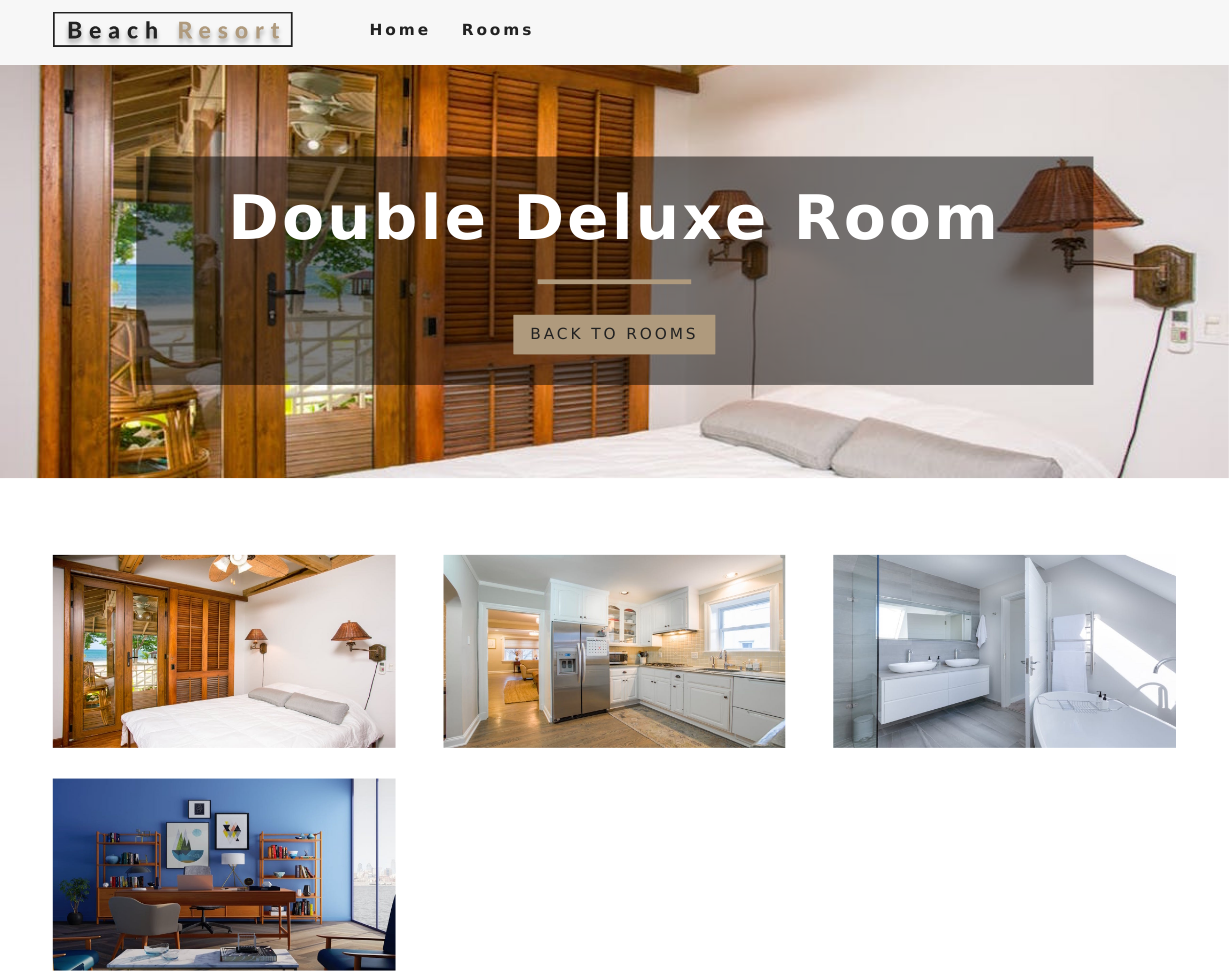
Repository: sanchit01garg/react-beachResort
Page: /rooms/double-deluxe
An editor plug-in stored every save of this project. The page is shown before and after the next save, followed by the edit.
The browser window is 1280 px wide. The pictures show the whole page, at 96% of full size.
The project was rebuilt for these pictures with package versions that can differ from the ones it lists, and the page was loaded fresh each time. Also part of the build but not shown: src/components/Hero.js, src/components/Title.js, src/components/Services.js, src/components/Loading.js, src/components/Room.js, src/components/FeaturedRooms.js, src/pages/Home.js, src/pages/Error.js and 1 more.

Above is the page before, as saved 2021-01-08 00:56:09.

### src/index.js
import React from "react";
import ReactDOM from "react-dom";
// import './index.css';
import { BrowserRouter as Router } from "react-router-dom";
import App from "./App";
import reportWebVitals from "./reportWebVitals";
import { RoomProvider } from "./Context";

ReactDOM.render(
  <RoomProvider>
    <Router>
      <App />
    </Router>
  </RoomProvider>,
  document.getElementById("root")
);

// If you want to start measuring performance in your app, pass a function
// to log results (for example: reportWebVitals(console.log))
// or send to an analytics endpoint. Learn more: https://bit.ly/CRA-vitals
reportWebVitals();

### src/App.js
import React from "react";
import "./App.css";
import { Route, Switch } from "react-router-dom";
import Home from "./pages/Home";
import Error from "./pages/Error";
import Rooms from "./pages/Rooms";
import SingleRoom from "./pages/SingleRoom";

import Navbar from "./components/Navbar";

function App() {
  return (
    <>
      <Navbar />
      <Switch>
        <Route exact path="/" component={Home} />
        <Route exact path="/rooms/" component={Rooms} />
        <Route exact path="/rooms/:slug" component={SingleRoom} />
        <Route component={Error} />
      </Switch>
    </>
  );
}

export default App;

### src/Context.js
import React, { Component } from "react";
import items from "./data";

const RoomContext = React.createContext();

class RoomProvider extends Component {
  state = {
    rooms: [],
    sortedRooms: [],
    featuredRooms: [],
    loading: true,
  };

  componentDidMount() {
    let rooms = this.formatData(items);
    let featuredRooms = rooms.filter((room) => room.featured === true);
    this.setState({
      rooms,
      featuredRooms,
      sortedRooms: rooms,
      loading: false,
    });
  }

  formatData(items) {
    let tempItems = items.map((item) => {
      let id = item.sys.id;
      let images = item.fields.images.map((image) => image.fields.file.url);

      let room = { ...item.fields, images, id };
      return room;
    });
    return tempItems;
  }

  getRoom = (slug) => {
    let tempRooms = [...this.state.rooms];
    const room = tempRooms.find((room) => room.slug === slug);
    return room;
  };

  render() {
    return (
      <RoomContext.Provider value={{ ...this.state, getRoom: this.getRoom }}>
        {this.props.children}
      </RoomContext.Provider>
    );
  }
}

const RoomConsumer = RoomContext.Consumer;
export { RoomProvider, RoomConsumer, RoomContext };

### src/App.css
* {
  margin: 0;
  padding: 0;
  box-sizing: border-box;
}
:root {
  --primaryColor: #af9a7d;
  --mainWhite: #fff;
  --offWhite: #f7f7f7;
  --mainBlack: #222;
  --mainGrey: #ececec;
  --darkGrey: #cfcfcf;
  --mainTransition: all 0.3s linear;
  --mainSpacing: 3px;
  --lightShadow: 2px 5px 3px 0px rgba(0, 0, 0, 0.5);
  --darkShadow: 4px 10px 5px 0px rgba(0, 0, 0, 0.5);
}
/* globals */
body {
  padding-top: 66px;
  color: var(--mainBlack);
  background: var(--mainWhite);
  font-family: Verdana, Geneva, Tahoma, sans-serif;
  line-height: 1.4;
}
h1 {
  font-size: 3em;
  line-height: 1;
  margin-bottom: 0.5em;
}
h2 {
  font-size: 2em;
  margin-bottom: 0.75em;
}
h3 {
  font-size: 1.5em;
  line-height: 1;
  margin-bottom: 1em;
}
h4 {
  font-size: 1.2em;
  line-height: 1.25;
  margin-bottom: 1.25em;
}
h5 {
  font-size: 1em;
  font-weight: bold;
  margin-bottom: 1.5em;
}
h6 {
  font-size: 1em;
  font-weight: bold;
  margin-bottom: 1.5em;
}

.btn-primary {
  display: inline-block;
  text-decoration: none;
  letter-spacing: var(--mainSpacing);
  color: var(--mainBlack);
  background: var(--primaryColor);
  padding: 0.4rem 0.9rem;
  border: 3px solid var(--primaryColor);
  transition: var(--mainTransition);
  text-transform: uppercase;
  cursor: pointer;
}
.btn-primary:hover {
  background: transparent;
  color: var(--primaryColor);
}
.loading {
  text-transform: capitalize;
  text-align: center;
  margin-top: 3rem;
}
.error {
  text-align: center;
  text-transform: uppercase;
  margin: 2rem 0;
}
.empty-search {
  text-align: center;
  text-transform: capitalize;
  margin: 2rem 0;
  padding: 1rem;
  letter-spacing: var(--mainSpacing);
}
/* end of globals */
/* Navbar */
.navbar {
  position: fixed;
  top: 0;
  left: 0;
  width: 100%;
  padding: 0.75rem 2rem;
  background: var(--offWhite);
  z-index: 1;
}
.nav-header {
  display: flex;
  justify-content: space-between;
}
.nav-btn {
  background: transparent;
  border: none;
  cursor: pointer;
  outline: none;
}
.nav-icon {
  font-size: 1.5rem;
  color: var(--primaryColor);
}
.nav-links {
  height: 0;
  overflow: hidden;
  transition: var(--mainTransition);
  list-style-type: none;
}
.nav-links a {
  display: block;
  text-decoration: none;
  padding: 1rem 0;
  color: var(--mainBlack);
  transition: var(--mainTransition);
  text-align: center;
  font-size: 1rem;
  font-weight: 600;
  letter-spacing: var(--mainSpacing);
}
.nav-links a:hover {
  color: var(--primaryColor);
}

.show-nav {
  height: 100px;
}
@media screen and (min-width: 768px) {
  .nav-btn {
    display: none;
  }
  .nav-center {
    max-width: 1170px;
    margin: 0 auto;
    display: flex;
  }
  .nav-links {
    height: auto;
    display: flex;
    margin-left: 4rem;
  }
  .nav-links a {
    margin: 0 1rem;
    padding: 0.5rem 0;
  }
}
/* end of navbar */
/* Hero */
.defaultHero,
.roomsHero {
  min-height: calc(100vh - 66px);
  background: url("./images/defaultBcg.jpeg") center/cover no-repeat;
  display: flex;
  align-items: center;
  justify-content: center;
}
.roomsHero {
  background-image: url("./images/room-2.jpeg");
  min-height: 60vh;
}
/* End of Hero */
/* Banner */
.banner {
  display: inline-block;
  background: rgba(0, 0, 0, 0.5);
  color: var(--mainWhite);
  padding: 2rem 1rem;
  text-align: center;
  text-transform: capitalize;
  letter-spacing: var(--mainSpacing);
}
.banner h1 {
  font-size: 2.5rem;
}
.banner div {
  width: 10rem;
  height: 5px;
  background: var(--primaryColor);
  margin: 1.7rem auto;
}
.banner p {
  font-size: 1.2rem;
  margin-bottom: 2rem;
}
@media screen and (min-width: 576px) {
  .banner {
    padding: 2rem 3rem;
  }
  .banner h1 {
    font-size: 3rem;
  }
}
@media screen and (min-width: 992px) {
  .banner {
    padding: 2rem 6rem;
  }
  .banner h1 {
    font-size: 4rem;
  }
}
/* End of Banner */
/* Title */
.section-title {
  text-align: center;
  margin-bottom: 4rem;
}
.section-title h4 {
  font-size: 2rem;
  letter-spacing: var(--mainSpacing);
  text-transform: capitalize;
  margin-bottom: 1rem;
}
.section-title div {
  width: 5rem;
  height: 5px;
  margin: 0 auto;
  background: var(--primaryColor);
}
/* end of Title */

/* services */
.services {
  padding: 5rem 0;
}
.services {
  background: var(--darkGrey);
  text-align: center;
}
.services-center {
  width: 90vw;
  margin: 0 auto;
  display: grid;
  grid-template-columns: repeat(auto-fit, minmax(255px, 1fr));
  grid-row-gap: 2rem;
  grid-column-gap: 50px;
}
.service span {
  display: inline-block;
  color: var(--primaryColor);
  font-size: 2.5rem;
  margin-bottom: 1.5rem;
}
.services h6 {
  letter-spacing: var(--mainSpacing);
}
.services p {
  width: 80%;
  margin: 0 auto;
}
@media screen and (min-width: 992px) {
  .services-center {
    width: 95vw;
    max-width: 1170px;
  }
}

@media screen and (min-width: 1200px) {
  .services p {
    width: 100%;
  }
}
/*end of services */
/* featured rooms */

.featured-rooms {
  padding: 5rem 0;
}
.featured-rooms-center {
  width: 80vw;
  margin: 0 auto;
  display: grid;
  grid-template-columns: repeat(auto-fit, minmax(270px, 1fr));
  grid-row-gap: 2rem;
  grid-column-gap: 40px;
}
@media screen and (min-width: 776px) {
  .featured-rooms-center {
    width: 90vw;
    grid-template-columns: repeat(auto-fit, minmax(330px, 1fr));
  }
}
@media screen and (min-width: 992px) {
  .featured-rooms-center {
    width: 95vw;
    max-width: 1170px;
  }
}
/* end pf featured rooms */
/* room */
.room {
  box-shadow: var(--lightShadow);
  transition: var(--mainTransition);
}
.room:hover {
  box-shadow: var(--darkShadow);
}

.img-container {
  position: relative;
}
.img-container img {
  width: 100%;
  display: block;
  transition: var(--mainTransition);
}
.price-top {
  position: absolute;
  top: 0;
  left: 0;
  background: rgba(0, 0, 0, 0.8);
  color: var(--mainWhite);
  padding: 0.3rem 0.6rem 0.5rem;
  border-bottom-right-radius: 1rem;
  font-size: 0.5rem;
  text-align: center;
  transition: var(--mainTransition);
}
.price-top h6 {
  margin-bottom: 0;
  font-size: 0.9rem;
  font-weight: 300;
  letter-spacing: var(--mainSpacing);
}
.room-link {
  position: absolute;
  top: 50%;
  left: 50%;
  transform: scale(0);
  transition: all 0.3s linear;
}
.img-container:hover {
  background: rgba(0, 0, 0, 0.8);
}
.img-container:hover img {
  opacity: 0.3;
}
.img-container:hover .price-top {
  opacity: 0;
}
.img-container:hover .room-link {
  transform: translate(-50%, -50%) scale(1);
}
.room-info {
  background: var(--darkGrey);
  text-transform: capitalize;
  padding: 0.5rem 0;
  text-align: center;
  font-weight: 700;
  letter-spacing: var(--mainSpacing);
}
/* end of room  */
/* single room*/

.single-room {
  padding: 5rem 0 0 0;
}
.single-room-images {
  width: 80vw;
  margin: 0 auto;
  display: grid;
  grid-template-columns: repeat(auto-fit, minmax(350px, 1fr));
  grid-row-gap: 2rem;
  grid-column-gap: 50px;
}
.single-room-images img {
  width: 100%;
  display: block;
}
.single-room-info {
  width: 80vw;
  display: grid;
  grid-template-columns: 1fr;
  margin: 2rem auto;
}
.desc,
.info {
  margin: 1rem 0;
}
.desc h3 {
  text-transform: capitalize;
  letter-spacing: var(--mainSpacing);
}
.desc p {
  line-height: 1.5;
}
.info h3,
.info h6 {
  text-transform: capitalize;
  letter-spacing: var(--mainSpacing);
}

.info h6 {
  font-weight: 300;
}
.room-extras {
  width: 80vw;
  margin: 0 auto 3rem auto;
}
.room-extras h6 {
  text-transform: capitalize;
  letter-spacing: var(--mainSpacing);
}
.extras {
  list-style-type: none;
  display: grid;
  grid-template-columns: repeat(auto-fit, minmax(330px, 1fr));
  grid-column-gap: 2rem;
  grid-row-gap: 1rem;
}
@media screen and (min-width: 992px) {
  .single-room-images,
  .single-room-info,
  .room-extras {
    width: 95vw;
    max-width: 1170px;
  }
  .single-room-info {
    display: grid;
    grid-template-columns: 1fr 1fr;
    grid-column-gap: 2rem;
  }
  .info {
    padding-left: 3rem;
  }
}
/* end of single room*/
/* roomlist */
.roomslist {
  padding: 5rem 0;
}
.roomslist-center {
  width: 80vw;
  margin: 0 auto;
  display: grid;
  grid-template-columns: repeat(auto-fill, minmax(270px, 1fr));
  grid-row-gap: 2rem;
  grid-column-gap: 30px;
}

@media screen and (min-width: 776px) {
  .roomslist-center {
    width: 90vw;
  }
}
@media screen and (min-width: 992px) {
  .roomslist-center {
    width: 95vw;
    max-width: 1170px;
  }
}
/* end of roomlist */
/*  rooms fitler*/
.filter-container {
  padding: 5rem 0;
}
.filter-form {
  width: 60vw;
  margin: 0 auto;
  display: grid;
  grid-template-columns: repeat(auto-fit, minmax(202px, 1fr));
  grid-row-gap: 2rem;
  grid-column-gap: 40px;
}
.form-group {
  text-transform: capitalize;
}
.form-group label {
  display: block;
  letter-spacing: var(--mainSpacing);
  margin-bottom: 0.5rem;
}
.form-control {
  width: 100%;
  background: transparent;
  font-size: 1rem;
}
.size-inputs {
  display: flex;
}
.size-input {
  width: 40%;
  padding: 0.2rem;
  border: 1px solid var(--mainBlack);
  border-radius: 0.3rem;
  margin-right: 0.3rem;
}
.single-extra label {
  display: inline-block;
  font-size: 0.8rem;
  margin-left: 0.5rem;
}
@media screen and (min-width: 776px) {
  .filter-form {
    width: 70vw;
  }
}
@media screen and (min-width: 992px) {
  .filter-form {
    width: 95vw;
    max-width: 1170px;
  }
}

### src/pages/SingleRoom.js
import React, { Component } from "react";
import defaultBcg from "../images/room-1.jpeg";
import Hero from "../components/Hero";
import Banner from "../components/Banner";
import { Link } from "react-router-dom";
import { RoomContext } from "../Context";
import StyledHero from "../components/StyledHero";

export default class SingleRoom extends Component {
  constructor(props) {
    super(props);
    this.state = { slug: this.props.match.params.slug, defaultBcg: defaultBcg };
  }

  static contextType = RoomContext;

  render() {
    const { getRoom } = this.context;
    const room = getRoom(this.state.slug);

    if (!room) {
      return (
        <div className="error">
          <h3> no such room could be found...</h3>
          <Link to="/rooms" className="btn-primary">
            back to rooms
          </Link>
        </div>
      );
    }

    const {
      name,
      description,
      capacity,
      size,
      price,
      extras,
      breakfast,
      pets,
      images,
    } = room;

    return (
      <>
        <StyledHero img={images[0] || this.state.defaultBcg}>
          <Banner title={`${name} room`}>
            <Link to="/rooms" className="btn-primary">
              back to rooms
            </Link>
          </Banner>
        </StyledHero>
        <section className="single-room">
          <div className="single-room-images">
            {images.map((item, index) => {
              return <img key={index} src={item} alt={name} />;
            })}
          </div>
        </section>
      </>
    );
  }
}

### src/components/Navbar.js
import React, { Component } from "react";
import logo from "../images/logo.svg";
import { FaAlignRight } from "react-icons/fa";
import { Link } from "react-router-dom";

export default class Navbar extends Component {
  state = {
    isOpen: false,
  };
  handleToggle = () => {
    this.setState({ isOpen: !this.state.isOpen });
  };
  render() {
    return (
      <nav className="navbar">
        <div className="nav-center">
          <div className="nav-header">
            <Link to="/">
              <img src={logo} alt="Beach Resort" />
            </Link>
            <button
              type="button"
              className="nav-btn"
              onClick={this.handleToggle}
            >
              <FaAlignRight className="nav-icon" />
            </button>
          </div>
          <ul
            className={this.state.isOpen ? "nav-links show-nav" : "nav-links"}
          >
            <li>
              <Link to="/">Home</Link>
            </li>
            <li>
              <Link to="/rooms">Rooms</Link>
            </li>
          </ul>
        </div>
      </nav>
    );
  }
}

### src/components/StyledHero.js
import styled from "styled-components";
import defaultImg from "../images/room-1.jpeg";

const StyledHero = styled.header`
  min-height: 60vh;
  background: url(${(props) => (props.img ? props.img : defaultImg)})
    center/cover no-repeat;
  display: flex;
  align-items: center;
  justify-content: center;
`;
export default StyledHero;

Loaded but not shown: public/index.html (common file); src/reportWebVitals.js (common file); src/components/Banner.js (common file); src/data.js (760 lines, source omitted)

After the next save:
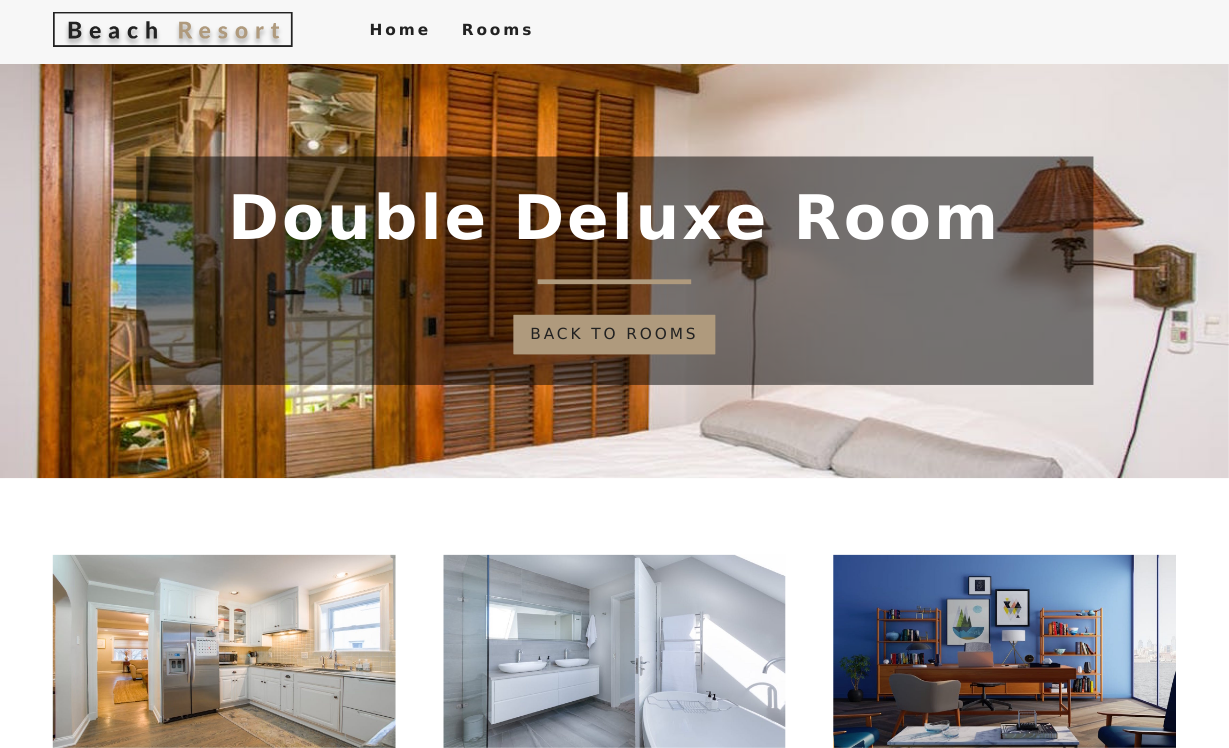
Saved 4 min 13 s later.
--- a/src/pages/SingleRoom.js
+++ b/src/pages/SingleRoom.js
@@ -41,9 +41,11 @@
       images,
     } = room;
 
+    const [mainImg, ...defaultImages] = images;
+
     return (
       <>
-        <StyledHero img={images[0] || this.state.defaultBcg}>
+        <StyledHero img={mainImg || this.state.defaultBcg}>
           <Banner title={`${name} room`}>
             <Link to="/rooms" className="btn-primary">
               back to rooms
@@ -52,7 +54,7 @@
         </StyledHero>
         <section className="single-room">
           <div className="single-room-images">
-            {images.map((item, index) => {
+            {defaultImages.map((item, index) => {
               return <img key={index} src={item} alt={name} />;
             })}
           </div>

After the save that followed:
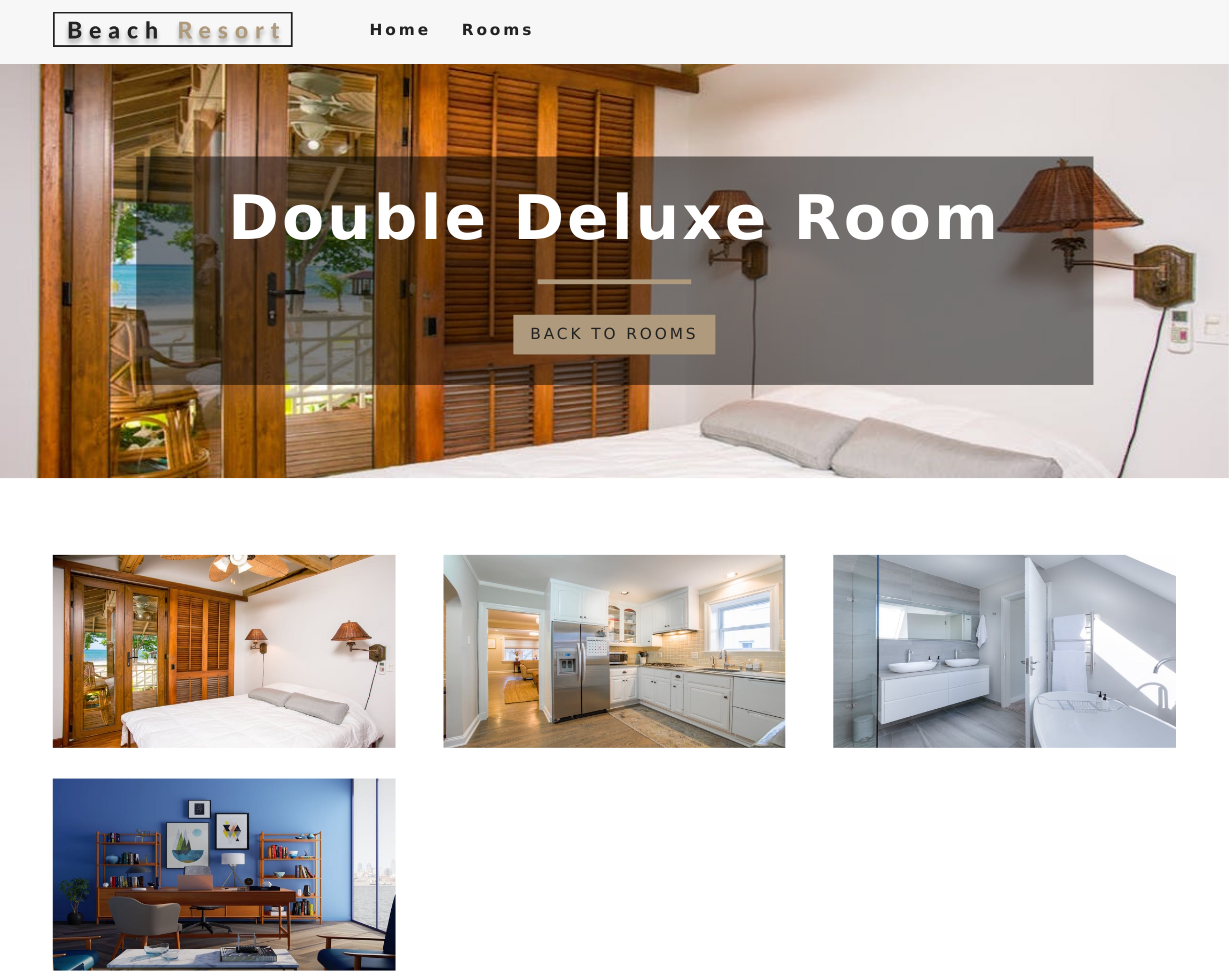
Saved 65 s later.
--- a/src/pages/SingleRoom.js
+++ b/src/pages/SingleRoom.js
@@ -41,11 +41,9 @@
       images,
     } = room;
 
-    const [mainImg, ...defaultImages] = images;
-
     return (
       <>
-        <StyledHero img={mainImg || this.state.defaultBcg}>
+        <StyledHero img={images[0] || this.state.defaultBcg}>
           <Banner title={`${name} room`}>
             <Link to="/rooms" className="btn-primary">
               back to rooms
@@ -54,7 +52,7 @@
         </StyledHero>
         <section className="single-room">
           <div className="single-room-images">
-            {defaultImages.map((item, index) => {
+            {images.map((item, index) => {
               return <img key={index} src={item} alt={name} />;
             })}
           </div>
